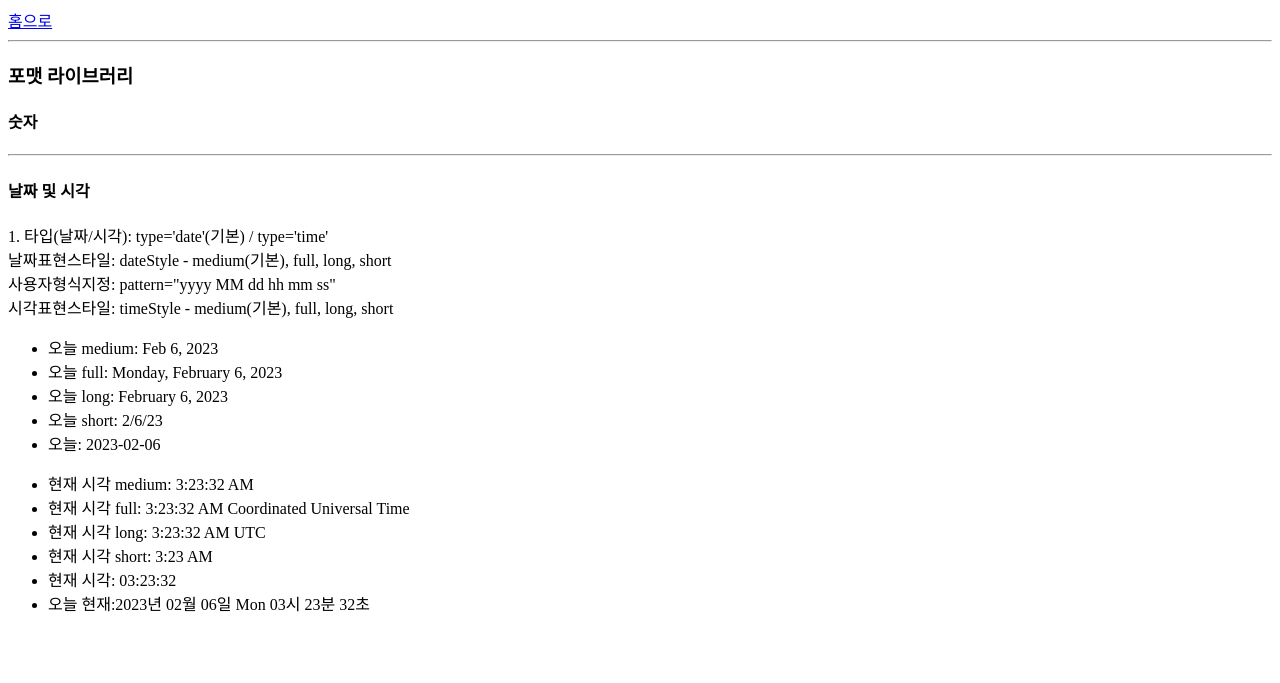
Repository: linklifejo/study_web
Page: http://localhost/servlet02/jstl/format.jsp
An editor plug-in stored every save of this project. The page is shown before and after the next save, followed by the edit.
The browser window is 1280 px wide. The pictures show the whole page.
The page is served by Tomcat 9.

Above is the page before, as saved 2023-02-08 02:38:58.

After the next save:
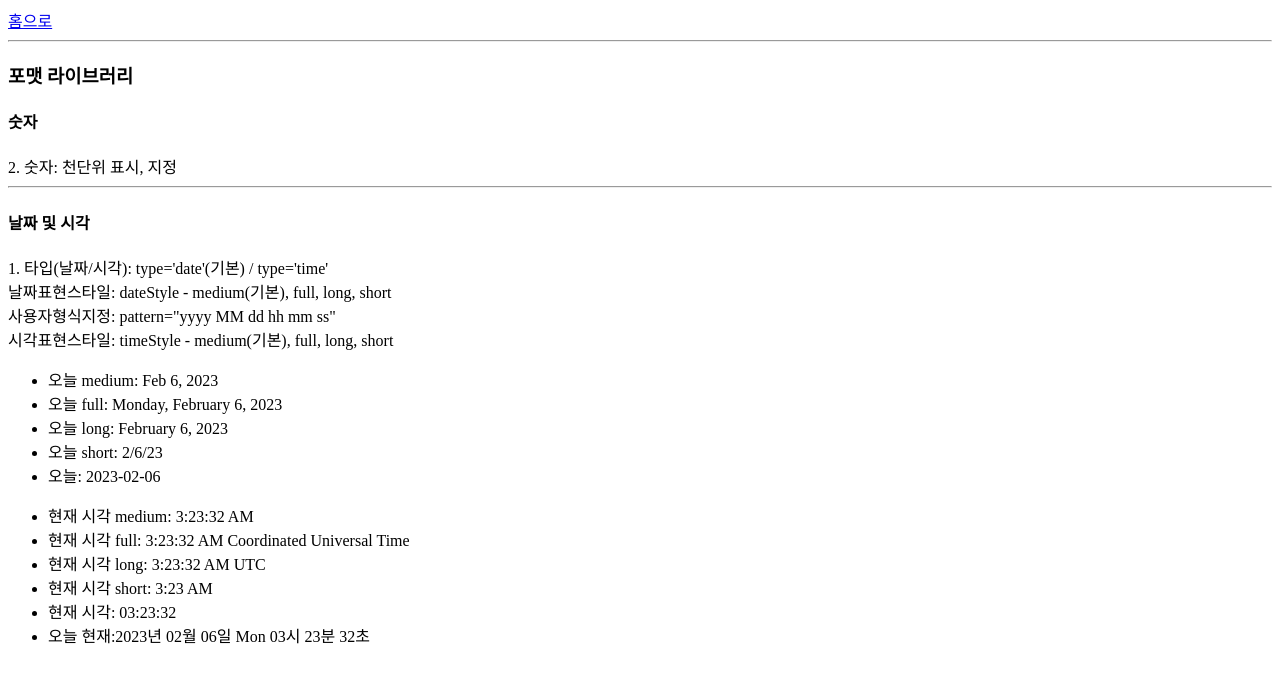
Saved 89 s later.
--- a/servlet02/src/main/webapp/jstl/format.jsp
+++ b/servlet02/src/main/webapp/jstl/format.jsp
@@ -13,6 +13,7 @@
 <hr>
 <h3>포맷 라이브러리</h3>
 <h4>숫자</h4>
+<div>2. 숫자: 천단위 표시, 지정</div>
 
 <hr>
 <h4>날짜 및 시각</h4>
